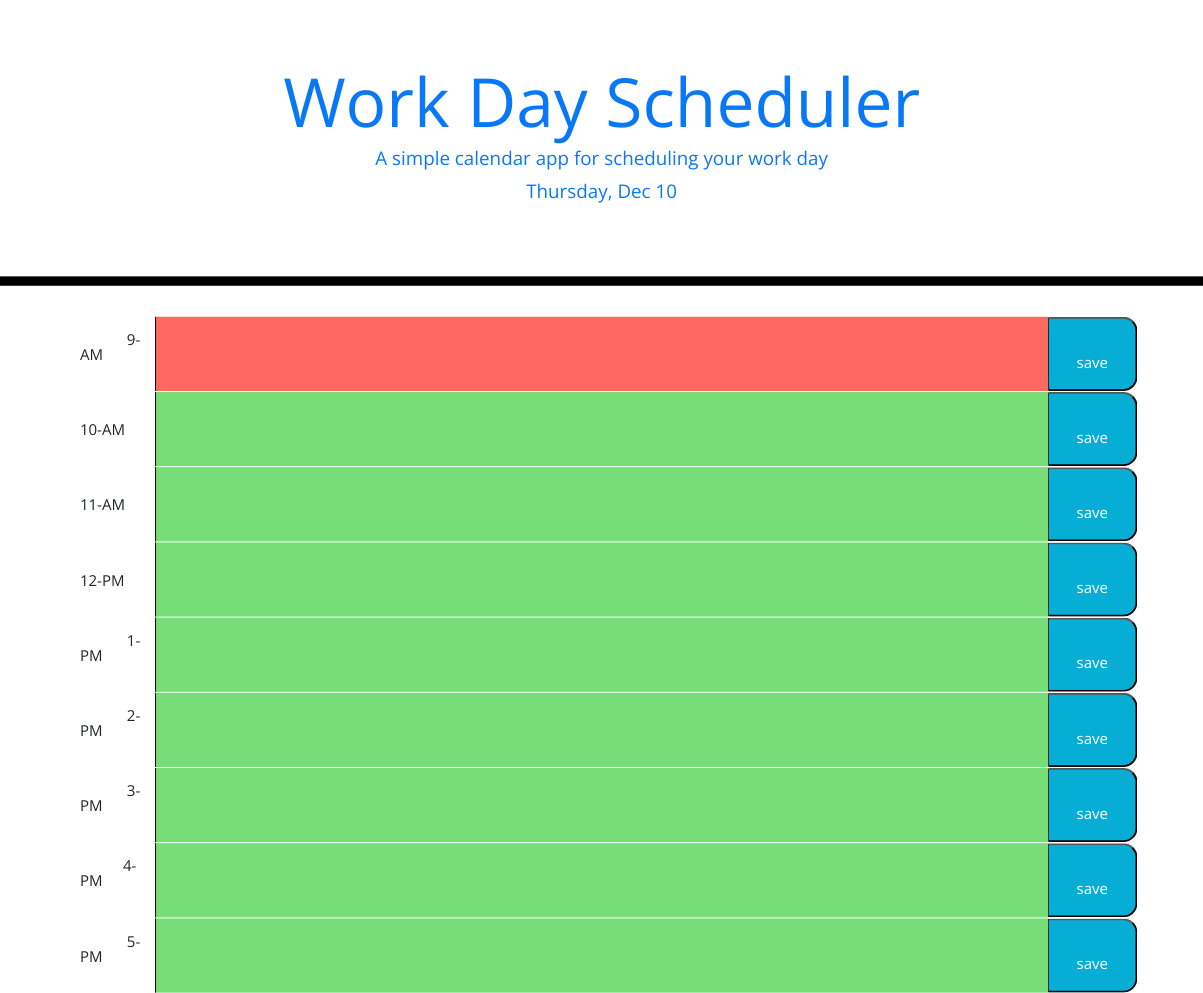
Repository: Mf948/DailyPlannerJS
Page: Develop/index.html
The author's editor kept a copy of each file at every save. The page is drawn from the files as they stood at one save, then again after the next save.
The browser window is 1280 px wide. The pictures show the whole page, at 94% of full size.
Some web libraries are served in a nearby version.

Above is the page before, as saved 2020-12-10 10:06:11.

After the next save:
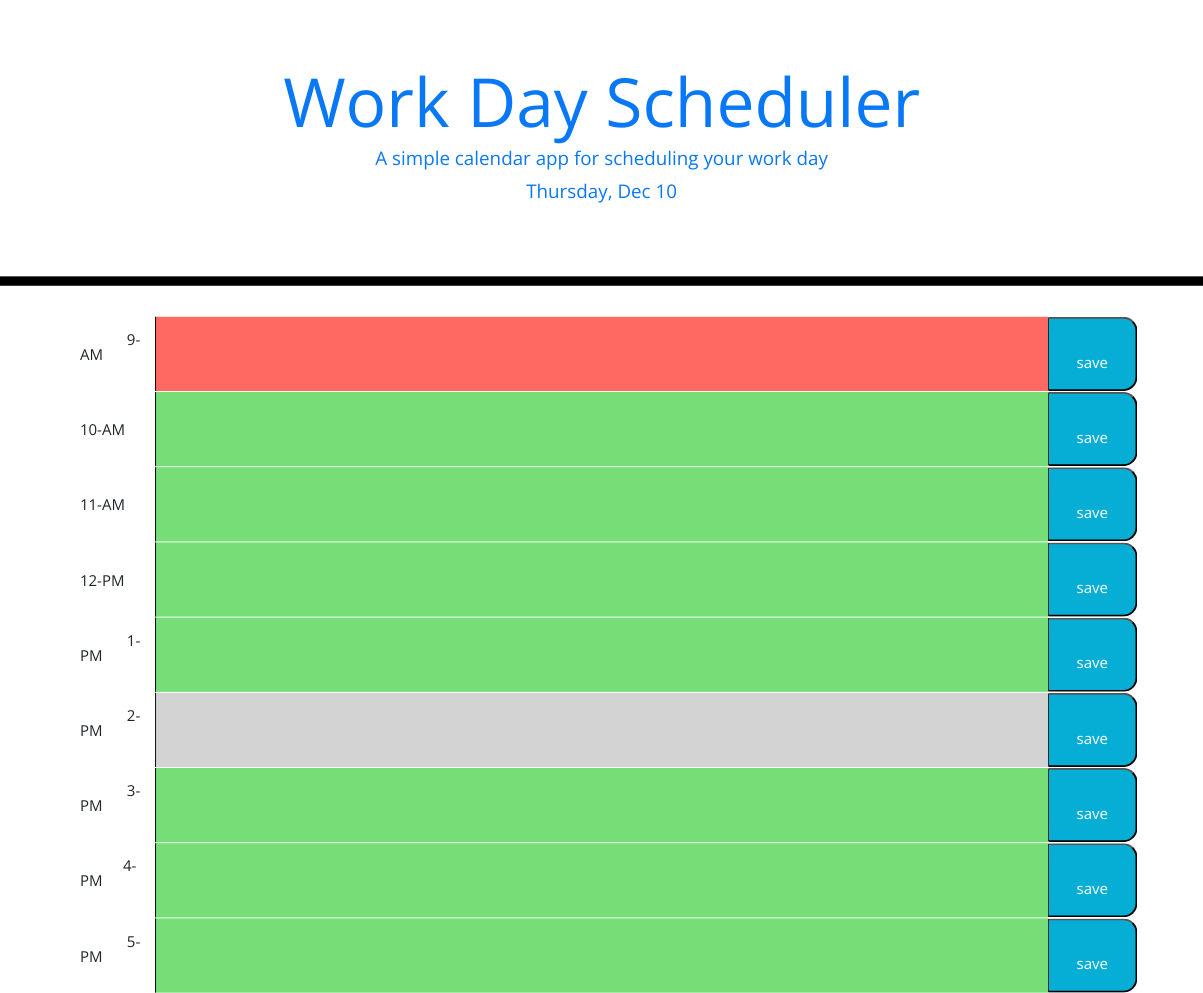
Saved 6 s later.
--- a/Develop/index.html
+++ b/Develop/index.html
@@ -87,10 +87,10 @@
           </button>
         </div>
         <div class="row">
-          <div class="col-1">
+          <div class="col-1" id=2>
             2-PM
           </div>
-          <textarea class="col-10" id=12>
+          <textarea class="col-10">
 
           </textarea>
           <button class="col-1 saveBtn">

After the 2 saves that followed:
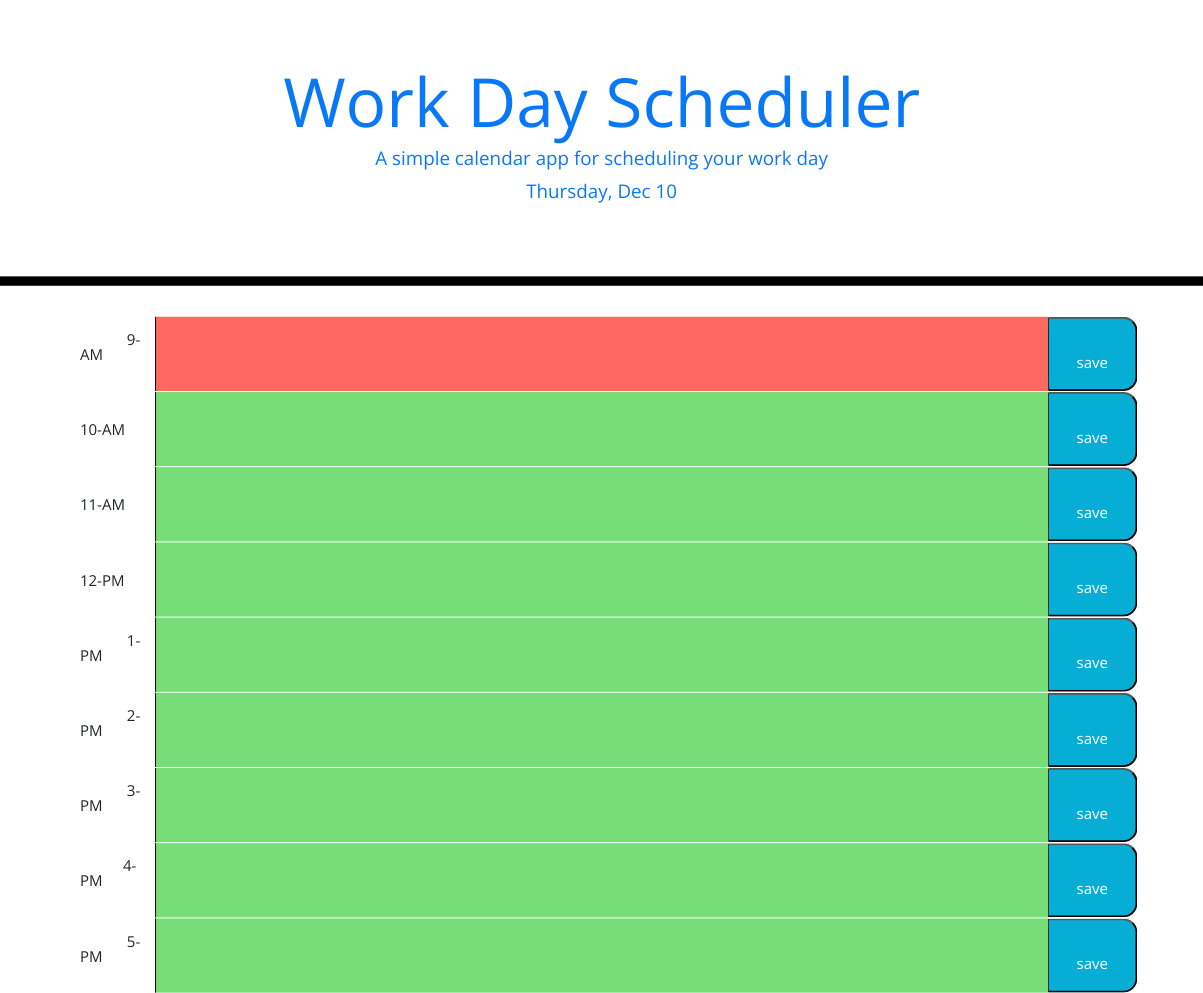
The 2 saves are shown as one change because they came seconds apart.
The last was saved 16 s later.
--- a/Develop/index.html
+++ b/Develop/index.html
@@ -90,7 +90,7 @@
           <div class="col-1" id=2>
             2-PM
           </div>
-          <textarea class="col-10">
+          <textarea class="col-10"id =>
 
           </textarea>
           <button class="col-1 saveBtn">
